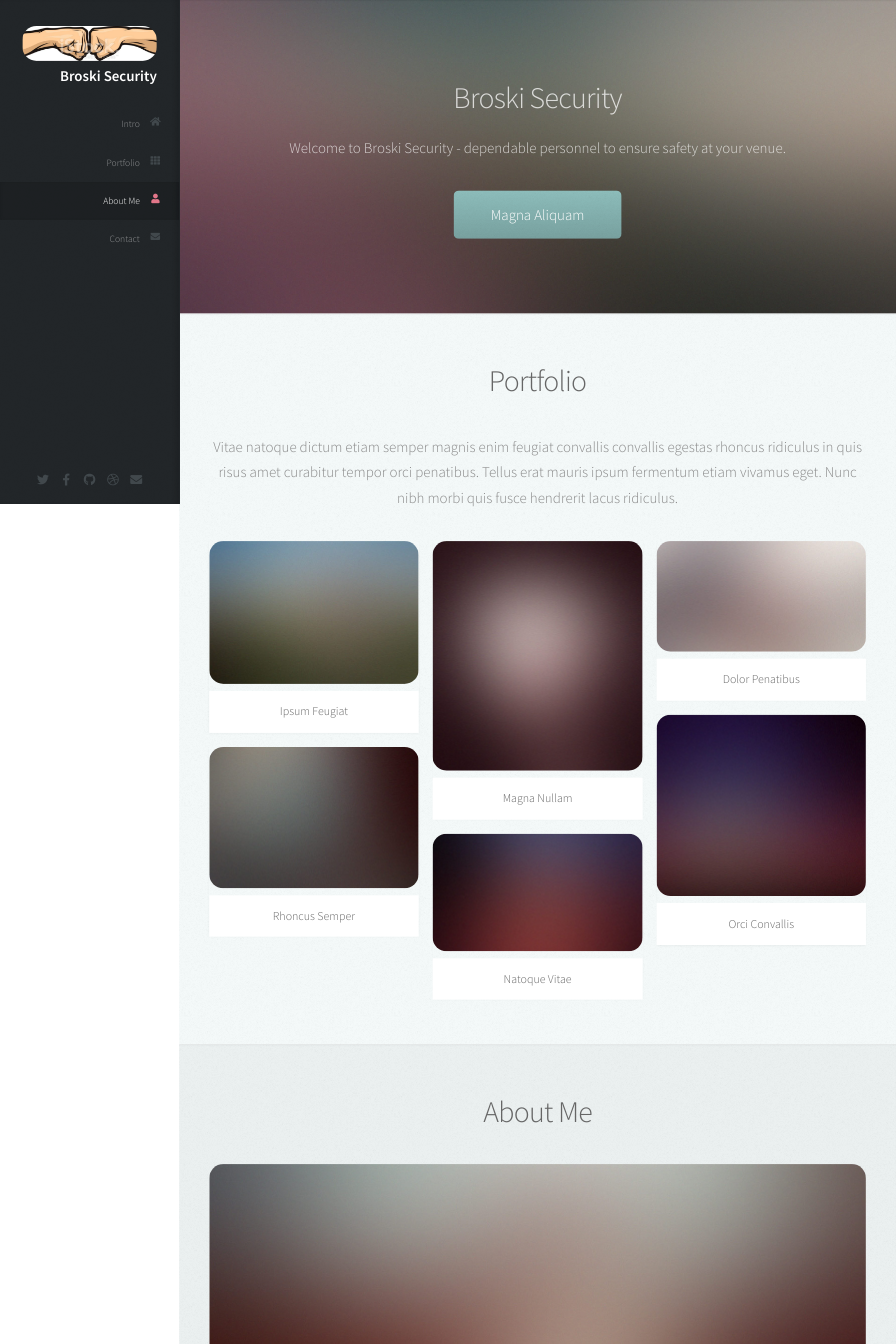
Repository: fiedore/fiedore.github.io
Page: index.html
These files come from the project's save history. The page is drawn as it stood at one moment and after the next save; the edit follows.
The browser window is 1280 px wide. The pictures show the part of the page from y = 0 to 1920 px (the page is 3259 px tall before and 2507 px after), at 70% of full size.

Above is the page before, as saved 2025-06-03 00:23:22.

After the next save:
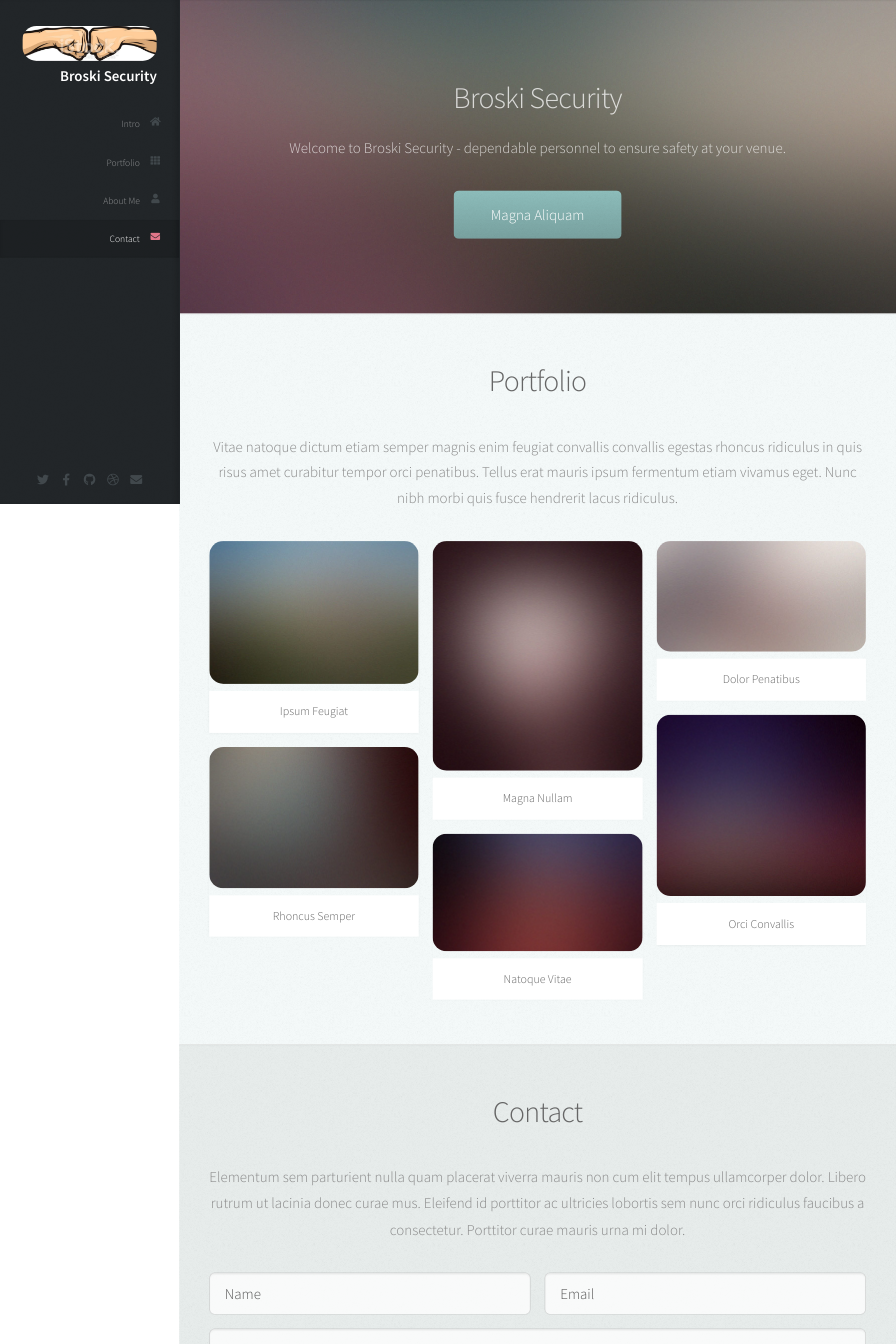
Saved 68 s later.
--- a/index.html
+++ b/index.html
@@ -132,7 +132,7 @@
 					</section>
 
 				<!-- About Me -->
-					<section id="about" class="three">
+					<!-- <section id="about" class="three">
 						<div class="container">
 
 							<header>
@@ -149,7 +149,7 @@
 							ornare iaculis.</p>
 
 						</div>
-					</section>
+					</section> -->
 
 				<!-- Contact -->
 					<section id="contact" class="four">
